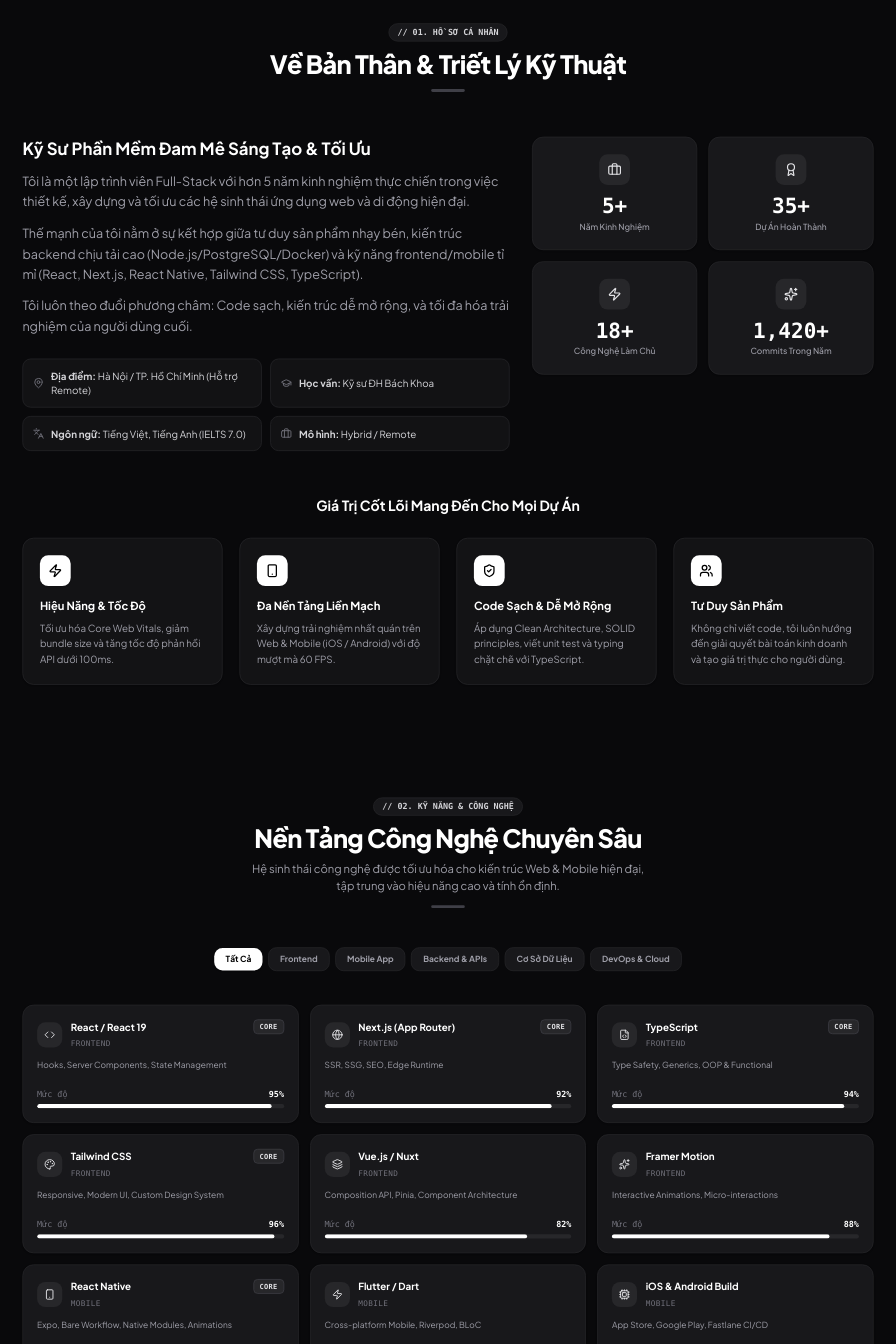
Repository: vancuong2k4/portfolio
Page: /
An editor plug-in stored every save of this project. The page is shown before and after the next save, followed by the edit.
The browser window is 1280 px wide. The pictures show the part of the page from y = 725 to 2645 px (the page is 8857 px tall before and 8837 px after), at 70% of full size.
The project was rebuilt for these pictures with package versions that can differ from the ones it lists, and the page was loaded fresh each time. Also part of the build but not shown: vite.config.ts, src/components/ProjectModal.tsx.

Above is the page before, as saved 2026-10-19 23:55:10.

### index.html
<!doctype html>
<html lang="vi" class="dark scroll-smooth">
  <head>
    <meta charset="UTF-8" />
    <link rel="icon" type="image/svg+xml" href="data:[embedded picture, 297 characters]" />
    <meta name="viewport" content="width=device-width, initial-scale=1.0" />

    <!-- Primary Meta Tags -->
    <title>Nguyễn Văn An (Alex) | Senior Full-Stack & Mobile Developer</title>
    <meta name="title" content="Nguyễn Văn An (Alex) | Senior Full-Stack & Mobile Developer" />
    <meta name="description" content="Portfolio chuyên nghiệp của Nguyễn Văn An (Alex) - Kỹ sư Full-Stack & Mobile chuyên sâu React 19, Next.js 15, React Native, Node.js, NestJS và Cloud Architecture." />
    <meta name="keywords" content="Portfolio, Full-stack developer, React, React Native, Next.js, Node.js, Mobile Developer, Frontend, Backend, lập trình viên" />
    <meta name="author" content="Nguyễn Văn An" />

    <!-- Open Graph / Facebook / Zalo -->
    <meta property="og:type" content="website" />
    <meta property="og:title" content="Nguyễn Văn An (Alex) | Senior Full-Stack & Mobile Developer" />
    <meta property="og:description" content="Khám phá các sản phẩm Web & Mobile hiệu năng cao, các giải pháp SaaS và kinh nghiệm thực chiến." />

    <!-- Twitter -->
    <meta property="twitter:card" content="summary_large_image" />
    <meta property="twitter:title" content="Nguyễn Văn An (Alex) | Senior Full-Stack & Mobile Developer" />
    <meta property="twitter:description" content="Khám phá các sản phẩm Web & Mobile hiệu năng cao, các giải pháp SaaS và kinh nghiệm thực chiến." />

    <!-- Google Fonts Preconnect -->
    <link rel="preconnect" href="https://fonts.googleapis.com">
    <link rel="preconnect" href="https://fonts.gstatic.com" crossorigin>
    <link href="https://fonts.googleapis.com/css2?family=Plus+Jakarta+Sans:wght@300;400;500;600;700;800&family=JetBrains+Mono:wght@400;500;600;700&display=swap" rel="stylesheet">
  </head>
  <body class="bg-white dark:bg-[#09090b] text-zinc-900 dark:text-zinc-100 antialiased selection:bg-black selection:text-white dark:selection:bg-white dark:selection:text-black">
    <div id="root"></div>
    <script type="module" src="/src/main.tsx"></script>
  </body>
</html>

### src/data/portfolioData.ts
import type { Profile, Skill, Project, Experience, Education, Certificate, Testimonial } from '../types'

export const profileData: Profile = {
  name: "Trần Văn Cường",
  nickname: "VanCuong2k4",
  role: " Full-Stack & Mobile Developer",
  titles: [
    "Full-Stack Web Architect",
    "React & React Native Specialist",
    "Node.js & Cloud Engineer",
    "Cross-Platform Mobile Creator",
    "Clean Code & UI/UX Enthusiast"
  ],
  shortBio: "Xây dựng các sản phẩm web & ứng dụng di động hiệu năng cao, trải nghiệm mượt mà từ ý tưởng đến quy mô hàng triệu người dùng.",
  aboutParagraphs: [
    "Tôi là một lập trình viên Full-Stack với hơn 5 năm kinh nghiệm thực chiến trong việc thiết kế, xây dựng và tối ưu các hệ sinh thái ứng dụng web và di động hiện đại.",
    "Thế mạnh của tôi nằm ở sự kết hợp giữa tư duy sản phẩm nhạy bén, kiến trúc backend chịu tải cao (Node.js/PostgreSQL/Docker) và kỹ năng frontend/mobile tỉ mỉ (React, Next.js, React Native, Tailwind CSS, TypeScript).",
    "Tôi luôn theo đuổi phương châm: Code sạch, kiến trúc dễ mở rộng, và tối đa hóa trải nghiệm của người dùng cuối."
  ],
  status: "Sẵn sàng đón nhận cơ hội mới (Full-time / Freelance)",
  location: "Hà Nội / TP. Hồ Chí Minh (Hỗ trợ Remote)",
  email: "alex.nguyen.dev@gmail.com",
  phone: "+84 987 654 321",
  github: "https://github.com/your-username",
  linkedin: "https://linkedin.com/in/your-profile",
  telegram: "https://t.me/your_telegram",
  cvUrl: "#resume",
  stats: {
    yearsExperience: 5,
    projectsCompleted: 35,
    technologiesMastered: 18,
    commitsLastYear: 1420
  }
}

export const skillsData: Skill[] = [
  // Frontend
  { name: "React / React 19", category: "frontend", iconName: "Atom", level: 95, highlight: true, description: "Hooks, Server Components, State Management" },
  { name: "Next.js (App Router)", category: "frontend", iconName: "Globe", level: 92, highlight: true, description: "SSR, SSG, SEO, Edge Runtime" },
  { name: "TypeScript", category: "frontend", iconName: "FileCode", level: 94, highlight: true, description: "Type Safety, Generics, OOP & Functional" },
  { name: "Tailwind CSS", category: "frontend", iconName: "Palette", level: 96, highlight: true, description: "Responsive, Modern UI, Custom Design System" },
  { name: "Vue.js / Nuxt", category: "frontend", iconName: "Layers", level: 82, description: "Composition API, Pinia, Component Architecture" },
  { name: "Framer Motion", category: "frontend", iconName: "Sparkles", level: 88, description: "Interactive Animations, Micro-interactions" },

  // Mobile
  { name: "React Native", category: "mobile", iconName: "Smartphone", level: 92, highlight: true, description: "Expo, Bare Workflow, Native Modules, Animations" },
  { name: "Flutter / Dart", category: "mobile", iconName: "Zap", level: 80, description: "Cross-platform Mobile, Riverpod, BLoC" },
  { name: "iOS & Android Build", category: "mobile", iconName: "Cpu", level: 84, description: "App Store, Google Play, Fastlane CI/CD" },

  // Backend
  { name: "Node.js & Express", category: "backend", iconName: "Server", level: 93, highlight: true, description: "Event Loop, RESTful API, Microservices" },
  { name: "NestJS", category: "backend", iconName: "ShieldCheck", level: 88, highlight: true, description: "Enterprise Architecture, Dependency Injection" },
  { name: "Python / FastAPI", category: "backend", iconName: "Terminal", level: 82, description: "High-speed APIs, Data Processing, AI Integration" },
  { name: "GraphQL & REST", category: "backend", iconName: "Network", level: 89, description: "Apollo Server, Schema Design, Rate Limiting" },
  { name: "WebSockets / Socket.io", category: "backend", iconName: "Radio", level: 90, description: "Realtime Chat, Live Notification, Streaming" },

  // Database
  { name: "PostgreSQL", category: "database", iconName: "Database", level: 90, highlight: true, description: "Indexing, Query Optimization, Prisma / TypeORM" },
  { name: "MongoDB", category: "database", iconName: "FolderGit2", level: 88, description: "NoSQL Modeling, Aggregation Pipelines" },
  { name: "Redis", category: "database", iconName: "Flame", level: 86, description: "In-memory Caching, Pub/Sub, Session Store" },
  { name: "Supabase & Firebase", category: "database", iconName: "CloudSun", level: 90, description: "Auth, Realtime DB, Storage, Edge Functions" },

  // DevOps & Tools
  { name: "Docker & Container", category: "devops", iconName: "Box", level: 87, highlight: true, description: "Multi-stage builds, Docker Compose, Microservices" },
  { name: "Git & GitHub Actions", category: "devops", iconName: "GitBranch", level: 94, description: "CI/CD Pipelines, Automated Testing, Branching Strategy" },
  { name: "AWS & Cloudflare", category: "devops", iconName: "Cloud", level: 84, description: "S3, EC2, CloudFront, Lambda, Edge Workers" },
  { name: "Linux / Nginx", category: "devops", iconName: "Terminal", level: 85, description: "Server Configuration, Reverse Proxy, SSL" }
]

export const projectsData: Project[] = [
  {
    id: "zenith-saas",
    title: "Zenith Cloud - Nền tảng Quản trị Doanh nghiệp AI",
    category: "fullstack",
    subtitle: "SaaS Platform với AI Analytics & Real-time Collaboration",
    description: "Hệ thống quản lý công việc và tự động hóa quy trình cho đội ngũ với trợ lý ảo AI và bảng điều khiển trực quan thời gian thực.",
    fullDescription: "Zenith Cloud là nền tảng quản trị công việc toàn diện theo kiến trúc Micro-frontend kết hợp Backend NestJS và PostgreSQL. Tích hợp AI phân tích năng suất, realtime collaborative board qua WebSocket và thanh toán Stripe đa tiền tệ.",
    tags: ["React 19", "Next.js 15", "NestJS", "PostgreSQL", "Tailwind CSS", "OpenAI API", "Docker"],
    metrics: "Tăng 45% năng suất đội ngũ, hỗ trợ 10,000+ active users",
    liveUrl: "https://example.com/demo-zenith",
    githubUrl: "https://github.com/your-username/zenith-cloud",
    featured: true,
    gradient: "from-blue-600 via-indigo-600 to-violet-600",
    iconName: "LayoutDashboard",
    features: [
      "Bảng điều khiển Kanban thời gian thực với drag-and-drop mượt mà",
      "Trợ lý AI tự động tóm tắt cuộc họp và phân công nhiệm vụ",
      "Hệ thống phân quyền RBAC đa cấp độ (Admin, Manager, Member)",
      "Tích hợp cổng thanh toán Stripe và webhook tự động kích hoạt tài khoản"
    ],
    architecture: [
      "Frontend: Next.js 15 App Router, Tailwind CSS, Zustand, Shadcn UI",
      "Backend: NestJS microservices, RabbitMQ message broker",
      "Database: PostgreSQL with Prisma ORM, Redis for caching & rate limiting",
      "DevOps: Docker containers, deployed on AWS ECS with GitHub Actions CI/CD"
    ]
  },
  {
    id: "fitpulse-mobile",
    title: "FitPulse - Ứng dụng Huấn luyện Thể thao Thông minh",
    category: "mobile",
    subtitle: "React Native & AI Computer Vision Fitness Tracker",
    description: "Ứng dụng di động theo dõi lộ trình tập luyện cá nhân hóa, nhận diện động tác tập luyện qua camera và đồng bộ Apple Health / Google Fit.",
    fullDescription: "FitPulse là ứng dụng di động đa nền tảng (iOS & Android) được xây dựng bằng React Native. Ứng dụng cung cấp bài tập cá nhân hóa dựa trên AI, theo dõi nhịp tim qua kết nối BLE (Bluetooth Low Energy) và cộng đồng giao lưu xã hội.",
    tags: ["React Native", "Expo", "TypeScript", "Node.js", "Supabase", "HealthKit"],
    metrics: "4.8★ trên App Store với hơn 25,000+ lượt tải",
    liveUrl: "https://example.com/demo-fitpulse",
    githubUrl: "https://github.com/your-username/fitpulse-mobile",
    featured: true,
    gradient: "from-emerald-500 via-teal-600 to-cyan-600",
    iconName: "Activity",
    features: [
      "Hơn 300+ bài tập hoạt họa 3D chất lượng cao với hướng dẫn chi tiết",
      "Đồng bộ hai chiều với Apple HealthKit và Google Health Connect",
      "Chế độ ngoại tuyến (Offline-first) với WatermelonDB",
      "Bảng xếp hạng bạn bè và thông báo đẩy (Push Notifications) giữ lửa tập luyện"
    ],
    architecture: [
      "Client: React Native (Expo SDK 52), Reanimated 3, Redux Toolkit",
      "Backend: Node.js serverless functions trên Supabase Edge",
      "Storage: Supabase PostgreSQL & S3 media storage",
      "Notifications: OneSignal push notification integration"
    ]
  },
  {
    id: "nova-ecommerce",
    title: "Nova Fashion - Sàn Thương mại Điện tử Đa kênh",
    category: "fullstack",
    subtitle: "Headless E-Commerce Siêu Tốc Độ & Trải nghiệm Mua sắm 3D",
    description: "Sàn thương mại điện tử thời trang với công nghệ Headless Commerce, tốc độ load dưới 0.8s, tích hợp thử đồ AR và thanh toán VNPay, MoMo.",
    fullDescription: "Giải pháp thương mại điện tử thế hệ mới giải quyết bài toán tải trang chậm của các shop online truyền thống. Điểm số Google Lighthouse đạt 99/100, hỗ trợ tìm kiếm ngữ nghĩa thông minh và giỏ hàng thời gian thực.",
    tags: ["Next.js", "TypeScript", "Tailwind CSS", "Redis", "VNPay / MoMo API", "Stripe"],
    metrics: "Tốc độ tải trang 0.8s, tỉ lệ chuyển đổi tăng 32%",
    liveUrl: "https://example.com/demo-nova",
    githubUrl: "https://github.com/your-username/nova-ecommerce",
    featured: true,
    gradient: "from-amber-500 via-orange-600 to-rose-600",
    iconName: "ShoppingBag",
    features: [
      "Tối ưu Core Web Vitals tối đa, hỗ trợ Incremental Static Regeneration (ISR)",
      "Tích hợp cổng thanh toán nội địa (VNPay, MoMo) & quốc tế (Stripe, PayPal)",
      "Bộ lọc sản phẩm đa tiêu chí tức thì (Faceted search) không giật lag",
      "Hệ thống quản lý kho hàng và đồng bộ đơn hàng tự động"
    ],
    architecture: [
      "Frontend: Next.js 14, Tailwind CSS, Framer Motion",
      "Backend: Node.js / Express micro-api, Redis Cache",
      "Database: MongoDB with Mongoose, MeiliSearch for lightning search"
    ]
  },
  {
    id: "omnichat-realtime",
    title: "OmniChat - Hệ thống Hội thoại Doanh nghiệp Realtime",
    category: "backend",
    subtitle: "High-concurrency Real-time Chat Engine",
    description: "Nền tảng chat và hỗ trợ khách hàng đa kênh với kiến trúc chịu tải hàng chục nghìn kết nối đồng thời qua WebSockets và Redis Cluster.",
    fullDescription: "OmniChat cung cấp giải pháp liên lạc nội bộ và CSKH cho các tổ chức. Hệ thống mã hóa đầu cuối (E2EE), chia sẻ tập tin tức thì, cuộc gọi thoại WebRTC và bot tự động phản hồi 24/7.",
    tags: ["Node.js", "Socket.io", "Redis", "WebRTC", "PostgreSQL", "Docker"],
    metrics: "Xử lý 50,000+ tin nhắn/giây với độ trễ < 30ms",
    liveUrl: "https://example.com/demo-omnichat",
    githubUrl: "https://github.com/your-username/omnichat-engine",
    featured: false,
    gradient: "from-cyan-500 via-blue-600 to-indigo-700",
    iconName: "MessageSquare",
    features: [
      "Kết nối liên tục hai chiều với cơ chế tự phục hồi kết nối (Auto reconnect)",
      "Hỗ trợ cuộc gọi video / audio chất lượng cao qua WebRTC P2P",
      "Mã hóa tin nhắn End-to-End Encryption (E2EE)",
      "Lưu trữ lịch sử chat phân trang vô tận (Infinite scrolling)"
    ],
    architecture: [
      "Socket Server: Node.js Cluster with Socket.io Redis Adapter",
      "Database: ScyllaDB / PostgreSQL for message persistence",
      "Media: AWS S3 + CloudFront CDN for encrypted attachments"
    ]
  },
  {
    id: "crypto-lens",
    title: "CryptoLens - Bảng điều khiển Tài chính Web3 & DEX",
    category: "frontend",
    subtitle: "Interactive Crypto Analytics & Portfolio Dashboard",
    description: "Bảng theo dõi biến động thị trường tiền mã hóa thời gian thực, biểu đồ kỹ thuật TradingView và quản lý danh mục đầu tư thông minh.",
    fullDescription: "Ứng dụng web hiển thị dữ liệu tài chính trực quan với đồ thị tương tác cao. Kết nối ví Web3 (Metamask, Phantom) để theo dõi số dư ví on-chain và cảnh báo biến động giá qua Telegram bot.",
    tags: ["React", "TypeScript", "Ethers.js", "Chart.js", "Tailwind CSS"],
    metrics: "Cập nhật dữ liệu giá thời gian thực với hơn 15 sàn giao dịch",
    liveUrl: "https://example.com/demo-cryptolens",
    githubUrl: "https://github.com/your-username/crypto-lens",
    featured: false,
    gradient: "from-purple-600 via-pink-600 to-red-500",
    iconName: "TrendingUp",
    features: [
      "Biểu đồ hình nến tương tác đầy đủ chỉ báo (RSI, MACD, MA)",
      "Kết nối ví Web3 đa chuỗi (Ethereum, BSC, Solana, Polygon)",
      "Tính toán lãi/lỗ (P&L) tự động theo thời gian thực",
      "Giao diện Dark Mode chuẩn tài chính hiện đại"
    ],
    architecture: [
      "Frontend: React with Vite, Tailwind CSS, Lucide Icons",
      "Data Feed: Binance WebSocket Streams & CoinGecko API"
    ]
  },
  {
    id: "foodie-delivery",
    title: "Foodie Express - Ứng dụng Giao đồ ăn & Định vị Trực tiếp",
    category: "mobile",
    subtitle: "React Native Food Delivery App with Live Driver GPS",
    description: "Ứng dụng đặt món ăn với bản đồ tracking tài xế trực tiếp theo thời gian thực, tích hợp tìm kiếm thông minh và thanh toán không tiền mặt.",
    fullDescription: "Hệ thống bao gồm ứng dụng cho khách hàng và ứng dụng cho tài xế. Tối ưu hóa thuật toán định vị GPS để tiết kiệm pin tối đa, cập nhật lộ trình di chuyển mượt mà trên bản đồ Google Maps.",
    tags: ["React Native", "Google Maps API", "Node.js", "Firebase", "Redux"],
    metrics: "Định vị mượt mà 60 FPS, độ chính xác GPS sai số < 5m",
    liveUrl: "https://example.com/demo-foodie",
    githubUrl: "https://github.com/your-username/foodie-express",
    featured: false,
    gradient: "from-yellow-500 via-amber-600 to-red-600",
    iconName: "Navigation",
    features: [
      "Bản đồ tương tác với icon tài xế di chuyển mượt mà theo góc xoay",
      "Hệ thống gợi ý món ăn theo vị trí và thói quen sở thích",
      "Thông báo trạng thái đơn hàng: Đang chuẩn bị -> Đang giao -> Đã tới nơi",
      "Đánh giá và tip tài xế tiện lợi"
    ],
    architecture: [
      "Mobile: React Native, React Native Maps, Reanimated",
      "Backend: Firebase Cloud Functions & Firestore Realtime DB"
    ]
  }
]

export const experiencesData: Experience[] = [
  {
    id: "exp-1",
    period: "2023 - Hiện tại",
    role: "Senior Full-Stack Developer",
    company: "TechNova Solutions",
    companyUrl: "https://example.com",
    location: "Hà Nội (Hybrid)",
    type: "Toàn thời gian",
    description: "Chịu trách nhiệm kiến trúc phần mềm và dẫn dắt đội ngũ kỹ sư 8 thành viên phát triển hệ sinh thái SaaS quy mô lớn.",
    achievements: [
      "Tái cấu trúc hệ thống monolithic sang microservices giúp giảm 65% thời gian downtime và tăng khả năng chịu tải lên gấp 4 lần.",
      "Thiết kế Design System nội bộ bằng Tailwind CSS & React, đẩy nhanh tốc độ release tính năng mới thêm 30%.",
      "Thiết lập văn hóa code review, CI/CD tự động và quy chuẩn viết Unit/Integration Tests đạt độ phủ 85%."
    ],
    technologies: ["React 19", "Next.js", "NestJS", "TypeScript", "PostgreSQL", "Docker", "AWS"]
  },
  {
    id: "exp-2",
    period: "2021 - 2023",
    role: "Full-Stack & Mobile Developer",
    company: "Vanguard Digital Lab",
    companyUrl: "https://example.com",
    location: "TP. Hồ Chí Minh",
    type: "Toàn thời gian",
    description: "Phát triển các ứng dụng di động React Native và hệ thống API Backend cho các đối tác tài chính & bán lẻ.",
    achievements: [
      "Phát hành 3 ứng dụng di động lên cả 2 chợ App Store & Google Play với hơn 100,000+ lượt tải.",
      "Tối ưu hóa bundle size của ứng dụng React Native giảm từ 48MB xuống còn 18MB, cải thiện thời gian khởi động app thêm 50%.",
      "Tích hợp các cổng thanh toán điện tử (VNPay, MoMo, ZaloPay, Stripe) xử lý an toàn hàng nghìn giao dịch mỗi ngày."
    ],
    technologies: ["React Native", "Expo", "Node.js", "Express", "MongoDB", "Redis", "Firebase"]
  },
  {
    id: "exp-3",
    period: "2019 - 2021",
    role: "Junior Frontend Developer",
    company: "PixelCraft Studio",
    companyUrl: "https://example.com",
    location: "Hà Nội",
    type: "Toàn thời gian",
    description: "Tham gia xây dựng giao diện người dùng, landing pages và dashboard quản trị web tương tác cao.",
    achievements: [
      "Chuyển đổi các bản thiết kế Figma phức tạp thành giao diện pixel-perfect, responsive trên mọi kích thước màn hình.",
      "Cải thiện điểm số SEO và Performance cho 15+ website của khách hàng từ mức trung bình lên 90+ trên Google Lighthouse."
    ],
    technologies: ["JavaScript (ES6+)", "React", "HTML5/CSS3", "SASS", "RESTful API", "Git"]
  }
]

export const educationData: Education[] = [
  {
    id: "edu-1",
    period: "2015 - 2019",
    degree: "Kỹ sư Công nghệ Thông tin (Khoa học Máy tính)",
    institution: "Đại học Bách Khoa Hà Nội",
    location: "Hà Nội, Việt Nam",
    description: "Tốt nghiệp loại Giỏi. Chuyên sâu về Cấu trúc dữ liệu & Giải thuật, Kiến trúc phần mềm và Hệ quản trị cơ sở dữ liệu.",
    achievements: [
      "GPA: 3.6 / 4.0",
      "Giải Nhì cuộc thi Lập trình Olympic Tin học Sinh viên cấp trường",
      "Đề tài tốt nghiệp: Xây dựng hệ thống phân tích dữ liệu lớn thời gian thực"
    ]
  }
]

export const certificatesData: Certificate[] = [
  {
    id: "cert-1",
    title: "AWS Certified Solutions Architect – Associate",
    issuer: "Amazon Web Services (AWS)",
    date: "2024",
    badgeText: "AWS SAA-C03",
    verifyUrl: "https://aws.amazon.com/verification"
  },
  {
    id: "cert-2",
    title: "Meta Professional Front-End Developer",
    issuer: "Meta & Coursera",
    date: "2023",
    badgeText: "Meta Certified",
    verifyUrl: "https://coursera.org/verify"
  },
  {
    id: "cert-3",
    title: "Certified Kubernetes Application Developer (CKAD)",
    issuer: "The Linux Foundation",
    date: "2023",
    badgeText: "CKAD",
    verifyUrl: "https://linuxfoundation.org"
  }
]

export const testimonialsData: Testimonial[] = [
  {
    id: "test-1",
    name: "Trần Minh Quân",
    role: "CTO / Head of Engineering",
    company: "TechNova Solutions",
    avatarGradient: "from-blue-500 to-indigo-600",
    content: "An là một kỹ sư full-stack hiếm hoi có cả tư duy kiến trúc hệ thống vững vàng lẫn sự nhạy bén về trải nghiệm người dùng. Những giải pháp cậu ấy đưa ra luôn tối ưu, sạch sẽ và giải quyết triệt để vấn đề tải của sản phẩm."
  },
  {
    id: "test-2",
    name: "Sarah Jenkins",
    role: "Product Manager",
    company: "Vanguard Digital Lab",
    avatarGradient: "from-purple-500 to-pink-600",
    content: "Làm việc cùng An là một trải nghiệm tuyệt vời. Cậu ấy không chỉ viết code nhanh mà còn chủ động đóng góp ý kiến để hoàn thiện tính năng sản phẩm tốt hơn cả bản thiết kế ban đầu."
  },
  {
    id: "test-3",
    name: "Lê Hoàng Long",
    role: "Senior Mobile Architect",
    company: "FinTech Global",
    avatarGradient: "from-emerald-500 to-teal-600",
    content: "Khả năng tối ưu hiệu năng React Native và thiết kế animations của An thực sự đẳng cấp. Ứng dụng sau khi qua tay An mượt mà 60 FPS trên cả những thiết bị cấu hình thấp."
  }
]

Loaded but not shown: src/main.tsx (common file); src/components/Hero.tsx (291 lines, source omitted); src/components/Contact.tsx (291 lines, source omitted); src/components/Projects.tsx (209 lines, source omitted); src/components/Experience.tsx (176 lines, source omitted); src/components/Navbar.tsx (190 lines, source omitted); src/components/About.tsx (153 lines, source omitted); src/components/Skills.tsx (171 lines, source omitted); src/components/Testimonials.tsx (114 lines, source omitted); src/components/Footer.tsx (107 lines, source omitted); src/index.css (77 lines, source omitted); src/components/SocialIcons.tsx (27 lines, source omitted); src/components/BackgroundEffects.tsx (42 lines, source omitted); src/App.tsx (42 lines, source omitted); src/context/ThemeContext.tsx (46 lines, source omitted)

After the next save:
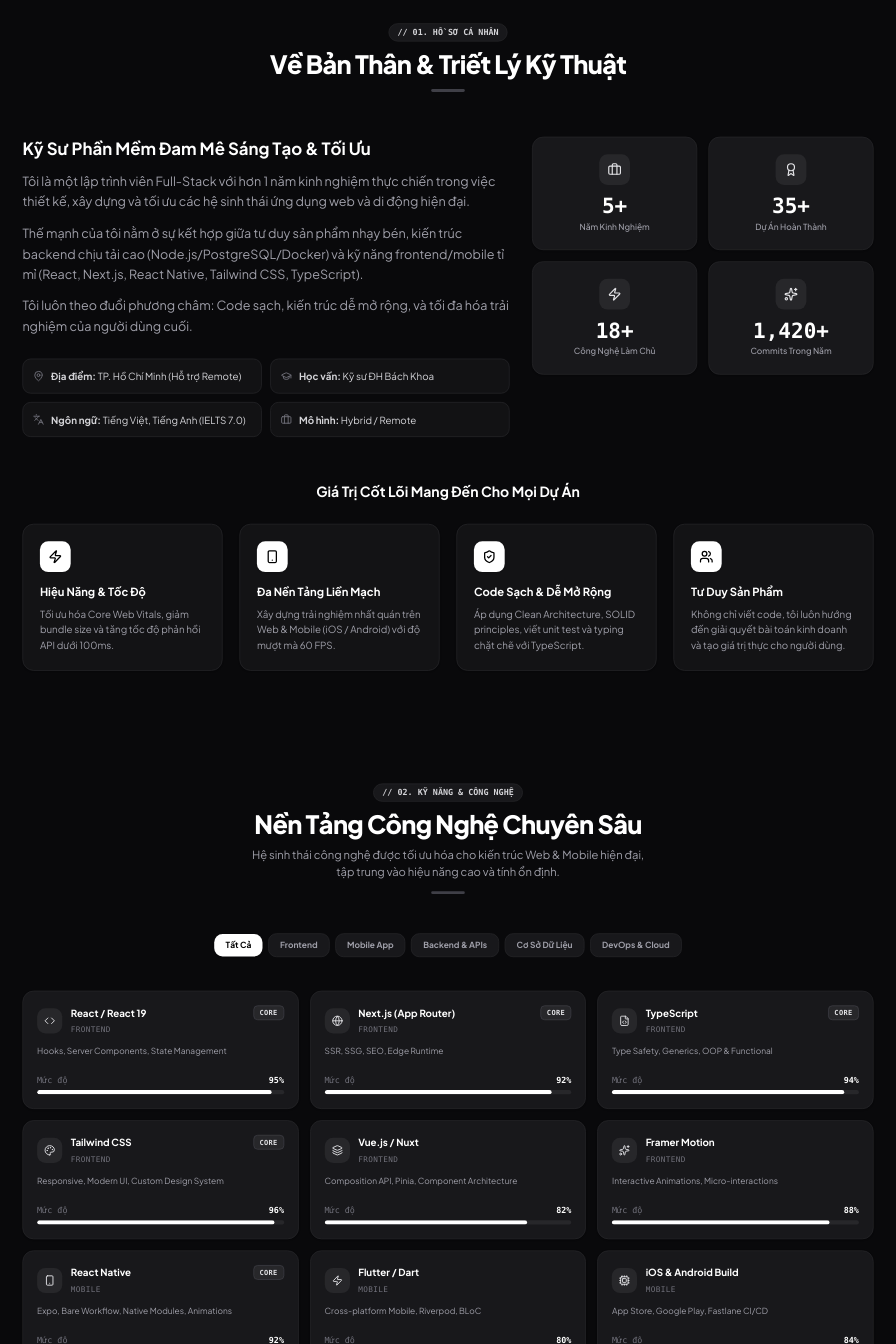
Saved 77 s later.
--- a/src/data/portfolioData.ts
+++ b/src/data/portfolioData.ts
@@ -13,14 +13,14 @@ export const profileData: Profile = {
   ],
   shortBio: "Xây dựng các sản phẩm web & ứng dụng di động hiệu năng cao, trải nghiệm mượt mà từ ý tưởng đến quy mô hàng triệu người dùng.",
   aboutParagraphs: [
-    "Tôi là một lập trình viên Full-Stack với hơn 5 năm kinh nghiệm thực chiến trong việc thiết kế, xây dựng và tối ưu các hệ sinh thái ứng dụng web và di động hiện đại.",
+    "Tôi là một lập trình viên Full-Stack với hơn 1 năm kinh nghiệm thực chiến trong việc thiết kế, xây dựng và tối ưu các hệ sinh thái ứng dụng web và di động hiện đại.",
     "Thế mạnh của tôi nằm ở sự kết hợp giữa tư duy sản phẩm nhạy bén, kiến trúc backend chịu tải cao (Node.js/PostgreSQL/Docker) và kỹ năng frontend/mobile tỉ mỉ (React, Next.js, React Native, Tailwind CSS, TypeScript).",
     "Tôi luôn theo đuổi phương châm: Code sạch, kiến trúc dễ mở rộng, và tối đa hóa trải nghiệm của người dùng cuối."
   ],
   status: "Sẵn sàng đón nhận cơ hội mới (Full-time / Freelance)",
-  location: "Hà Nội / TP. Hồ Chí Minh (Hỗ trợ Remote)",
-  email: "alex.nguyen.dev@gmail.com",
-  phone: "+84 987 654 321",
+  location: "TP. Hồ Chí Minh (Hỗ trợ Remote)",
+  email: "cuongtran190404@@gmail.com",
+  phone: "+84 326 570 425",
   github: "https://github.com/your-username",
   linkedin: "https://linkedin.com/in/your-profile",
   telegram: "https://t.me/your_telegram",
